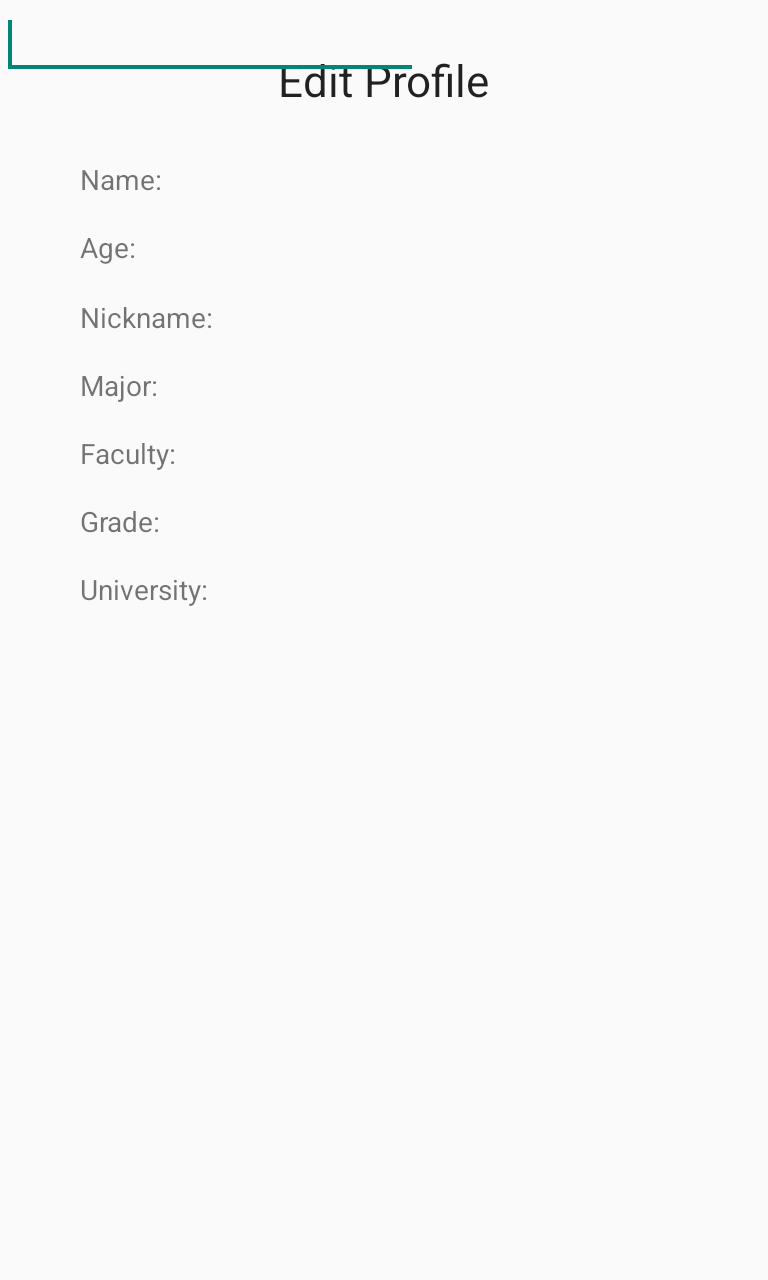
Repository: Android55410599/PROFILE
Layout: Resume_55410559/res/layout/resume.xml
These files come from the project's save history. The layout is drawn as it stood at one moment and after the next save; the edit follows.
It is drawn on a 768 x 1280 px phone screen (xhdpi) without system bars, with theme AppTheme; the app's code is not run.

Above is the layout before, as saved 2014-09-06 02:24:35.

After the next save:
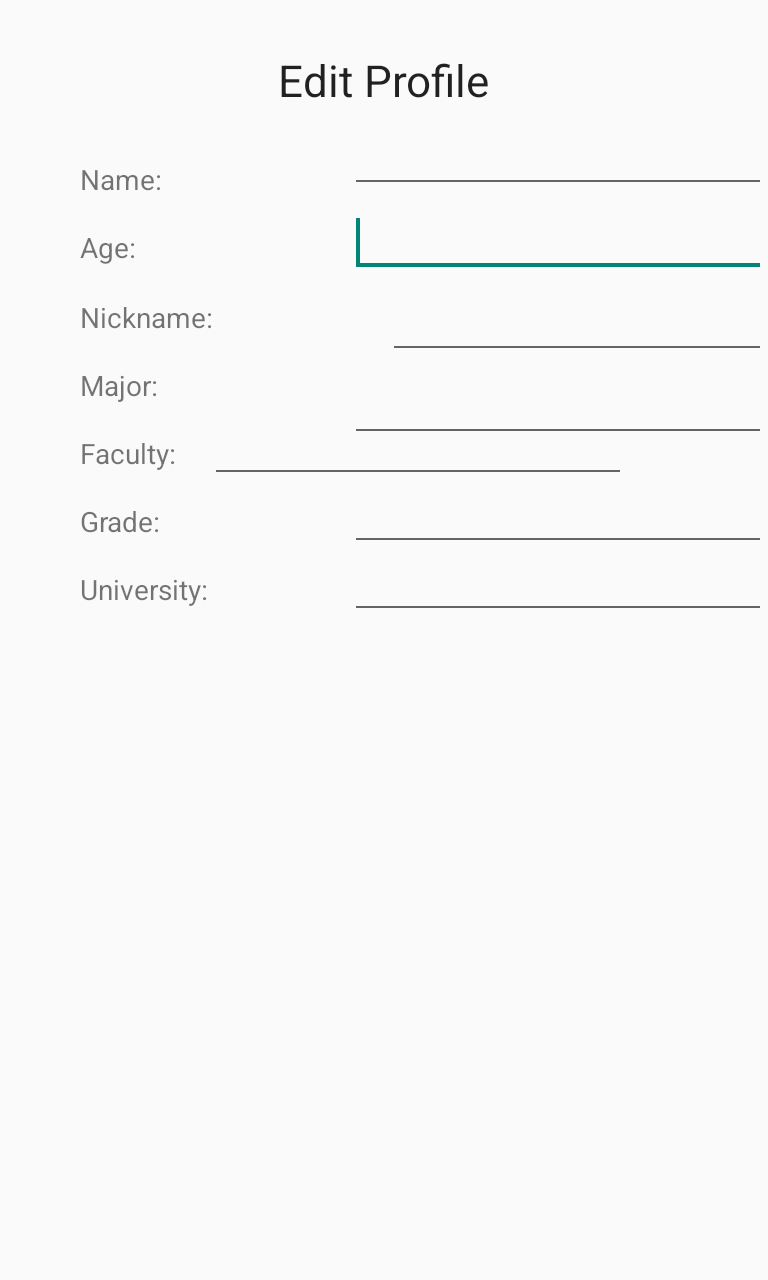
Saved 5 min 42 s later.
--- a/Resume_55410559/res/layout/resume.xml
+++ b/Resume_55410559/res/layout/resume.xml
@@ -84,11 +84,64 @@
 	    android:id="@+id/editText1"
 	    android:layout_width="wrap_content"
 	    android:layout_height="wrap_content"
-	    android:layout_alignParentLeft="true"
-	    android:layout_alignParentTop="true"
-	    android:layout_marginRight="17dp"
-	    android:ems="10">
+	    android:layout_alignBottom="@+id/Textview1"
+	    android:layout_alignParentRight="true"
+	    android:ems="10"
+	    android:inputType="textPersonName" />
+
+	<EditText
+	    android:id="@+id/editText3"
+	    android:layout_width="wrap_content"
+	    android:layout_height="wrap_content"
+	    android:layout_alignLeft="@+id/editText2"
+	    android:layout_below="@+id/editText2"
+	    android:layout_marginLeft="19dp"
+	    android:ems="10" />
+
+	<EditText
+	    android:id="@+id/editText2"
+	    android:layout_width="wrap_content"
+	    android:layout_height="wrap_content"
+	    android:layout_alignParentRight="true"
+	    android:layout_below="@+id/editText1"
+	    android:ems="10" >
+
 	    <requestFocus />
 	</EditText>
 
+	<EditText
+	    android:id="@+id/editText4"
+	    android:layout_width="wrap_content"
+	    android:layout_height="wrap_content"
+	    android:layout_alignParentRight="true"
+	    android:layout_below="@+id/editText3"
+	    android:ems="10" />
+
+	<EditText
+	    android:id="@+id/editText5"
+	    android:layout_width="wrap_content"
+	    android:layout_height="wrap_content"
+	    android:layout_alignBaseline="@+id/textView5"
+	    android:layout_alignBottom="@+id/textView5"
+	    android:layout_toRightOf="@+id/textView7"
+	    android:ems="10" />
+
+	<EditText
+	    android:id="@+id/editText6"
+	    android:layout_width="wrap_content"
+	    android:layout_height="wrap_content"
+	    android:layout_alignBaseline="@+id/textView6"
+	    android:layout_alignBottom="@+id/textView6"
+	    android:layout_alignParentRight="true"
+	    android:ems="10" />
+
+	<EditText
+	    android:id="@+id/editText7"
+	    android:layout_width="wrap_content"
+	    android:layout_height="wrap_content"
+	    android:layout_alignBaseline="@+id/textView7"
+	    android:layout_alignBottom="@+id/textView7"
+	    android:layout_alignParentRight="true"
+	    android:ems="10" />
+
 </RelativeLayout>
